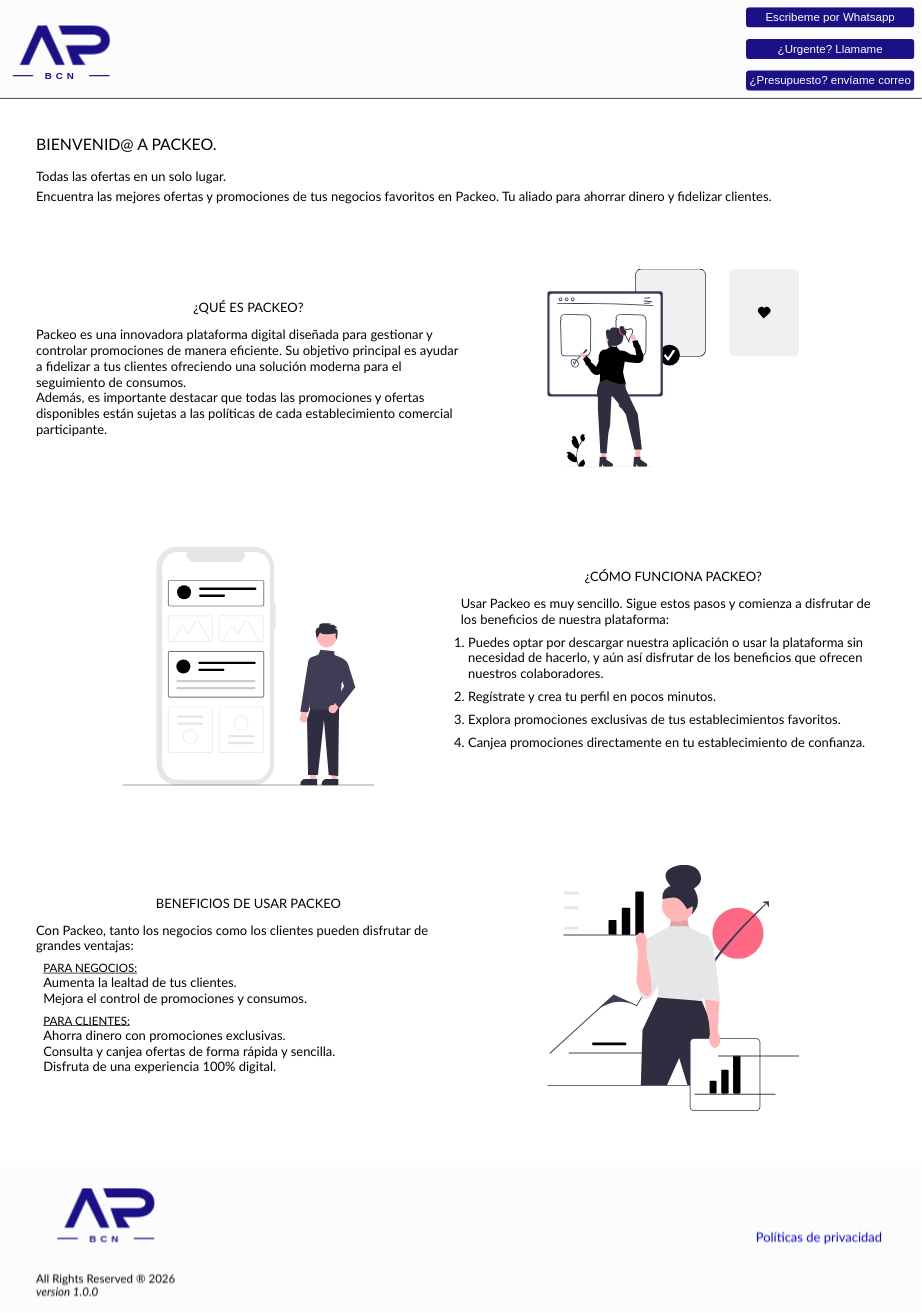
Repository: alupvcbarcelona/alupvcbarcelona-front
Page: /
An editor plug-in stored every save of this project. The page is shown before and after a run of saves, followed by the edit.
The browser window is 1280 px wide. The pictures show the whole page, at 72% of full size.
The page's requests for data from a server got no answer. The project was rebuilt for these pictures with package versions that can differ from the ones it lists, and the page was loaded fresh each time. No one was signed in, and anything a server would have sent is missing. Also part of the build but not shown: vite.config.js, src/reducers/partner.reducer/partner.action.js, src/views/Pack/utils/content.js, src/views/Pack/Pack.css, src/views/Pack/Pack.jsx, src/views/404/utils.js, src/views/404/NotFound.css, src/views/404/NotFound.jsx and 6 more.

Above is the page before, as saved 2026-07-24 10:14:27.

After the next 2 saves:
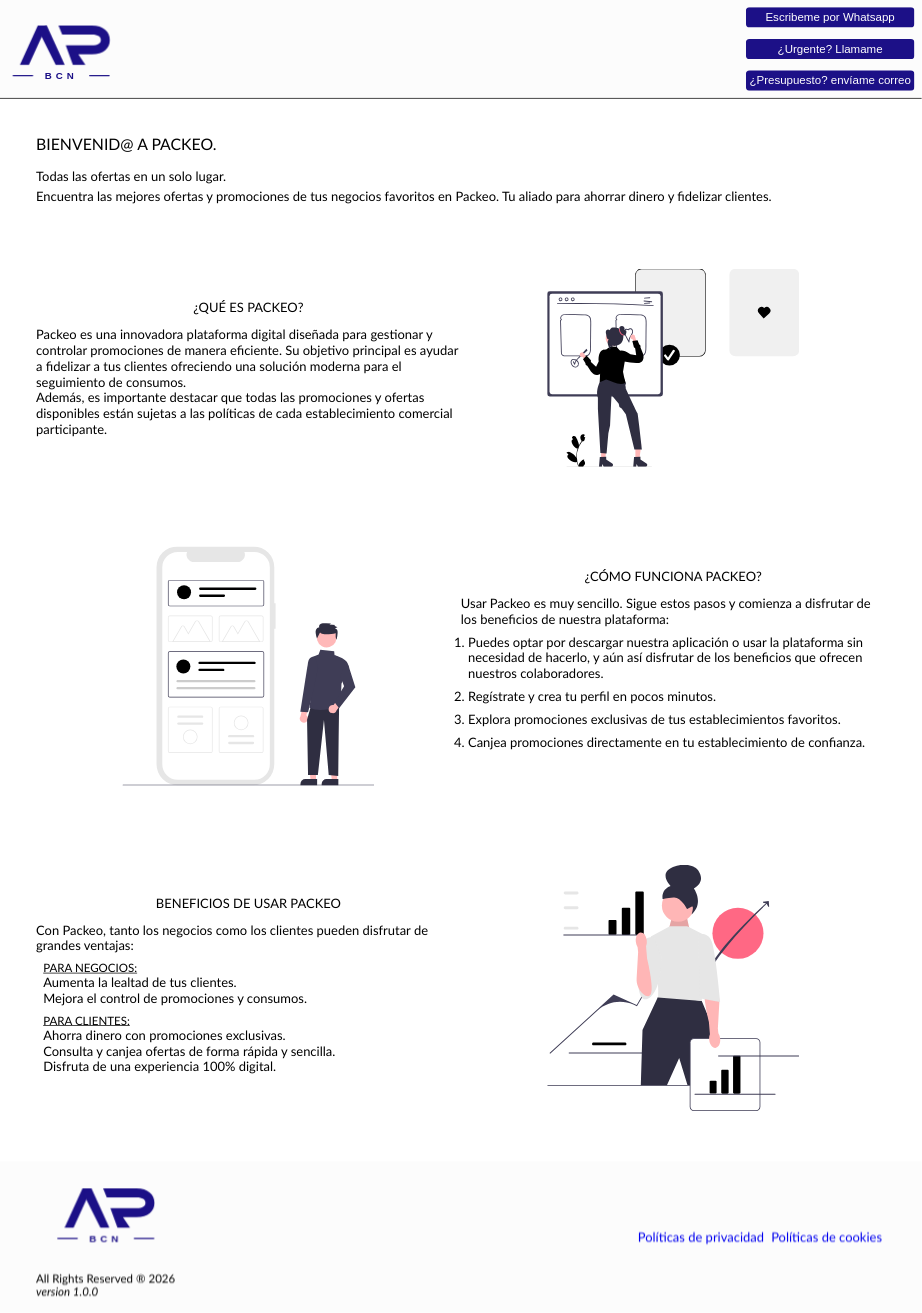
The 2 saves are shown as one change because 1 did not build or start.
The last was saved 40 s later.
--- a/src/components/Footer/utils.js
+++ b/src/components/Footer/utils.js
@@ -6,18 +6,19 @@
 
 export const LINKS_FOOTER = [
   {
-    text: 'Políticas de privacidad',
-    path: '/politicas-privacidad'
+    text: "Políticas de privacidad",
+    path: "/politicas-privacidad",
   },
+  {
+    text: "Políticas de cookies",
+    path: "/politicas-cookies",
+  },
+
   /* {
     text: 'Canal ético',
     path: '/canal-etico'
-  },
-  {
-    text: 'Políticas de cookies',
-    path: '/politicas-cookies'
-  } */
-]
+  },*/
+];
 
 export const handleEmail = () => {
   const isMobile =
@@ -72,26 +73,26 @@
 };
 
 export const handleWhatsapp = () => {
-    const phone = "34641495199"; // 34 = España
-    const message =
-      "Buenos días, me interesan tus servicios. ¿Podrías contactarme? Gracias.";
+  const phone = "34641495199"; // 34 = España
+  const message =
+    "Buenos días, me interesan tus servicios. ¿Podrías contactarme? Gracias.";
 
-    const url = `https://wa.me/${phone}?text=${encodeURIComponent(message)}`;
+  const url = `https://wa.me/${phone}?text=${encodeURIComponent(message)}`;
 
-    window.open(url, "_blank");
-  };
+  window.open(url, "_blank");
+};
 
-  export const handleCallPhone = () => {
-    const phone = "+34641495199";
-    const isMobile =
-      window.innerWidth < 500 ||
-      /Android|iPhone|iPad|iPod|Opera Mini|IEMobile|WPDesktop/i.test(
-        navigator.userAgent,
-      );
+export const handleCallPhone = () => {
+  const phone = "+34641495199";
+  const isMobile =
+    window.innerWidth < 500 ||
+    /Android|iPhone|iPad|iPod|Opera Mini|IEMobile|WPDesktop/i.test(
+      navigator.userAgent,
+    );
 
-    if (isMobile) {
-      window.location.href = `tel:${phone.replace(/\s/g, "")}`;
-    } else {
-      alert(`Llámanos al ${phone}`);
-    }
-  };
+  if (isMobile) {
+    window.location.href = `tel:${phone.replace(/\s/g, "")}`;
+  } else {
+    alert(`Llámanos al ${phone}`);
+  }
+};
